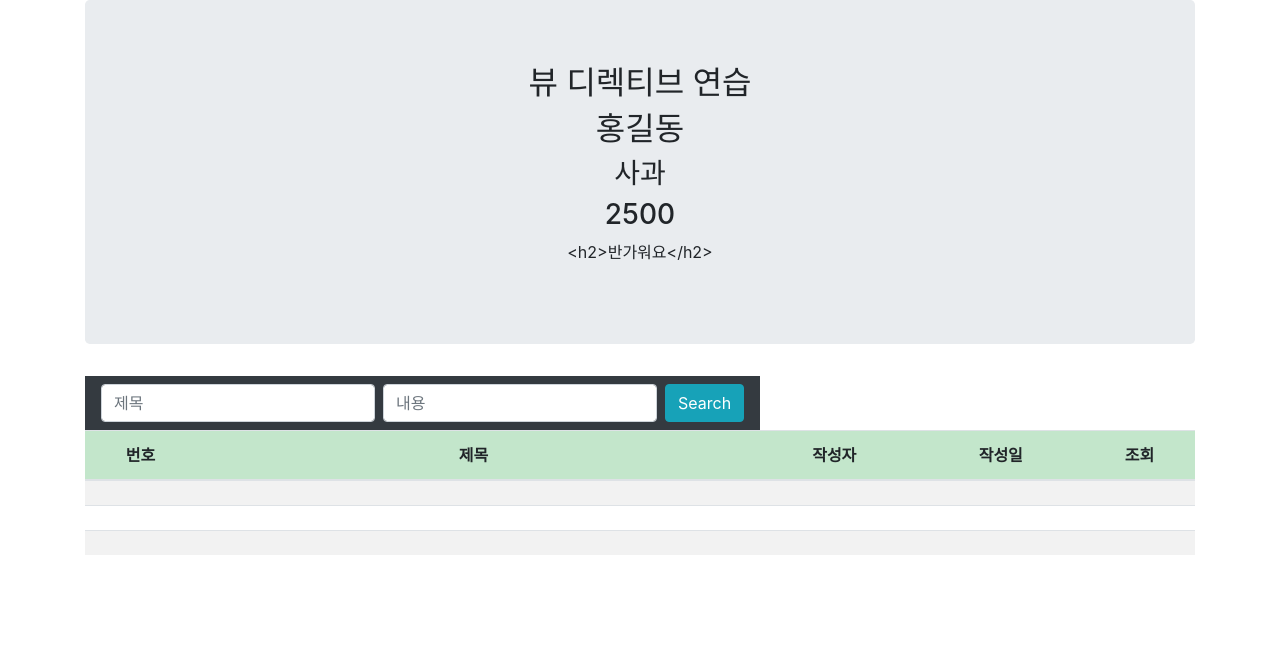
Repository: arongss/java
Page: springweb/src/main/webapp/a02_vue/a02_directive.html
An editor plug-in stored every save of this project. The page is shown before and after the next save, followed by the edit.
The browser window is 1280 px wide. The pictures show the whole page.

Above is the page before, as saved 2023-02-01 07:37:50.

### springweb/src/main/webapp/a02_vue/a02_directive.html
<!DOCTYPE html>
<html>
<head>
<meta charset="UTF-8">
<title>Insert title here</title>
<link rel="stylesheet" href="/springweb/a00_com/bootstrap.min.css" >
<style>
	td{text-align:center;}
</style>
<script src="https://cdn.jsdelivr.net/npm/vue/dist/vue.js"></script>
<script src="/springweb/a00_com/jquery.min.js"></script>
<script src="/springweb/a00_com/bootstrap.min.js"></script>
<script type="text/javascript">
/*
1. 단방향 디렉티브
	1) {{모델명}} : 모델데이터를 처리하는 기본 형식
		출력형식 태그에 바로 사용한다. ex) <h2>{{모델명}}</h2>
	2) v-text : 모델데이터를 태그의 속성으로 선언하여 출력할 데이터를
		처리하는 방식. html랜더린(해석)하지 않는다.
		ex) <h2 v-text="모델명"></h2>
		ex) 물건명, 가격을 모델데이터로 선언하고
			h3, h3에 v-text속성으로 출력되게 하세요
	3) v-html : 태그가 포함된 모델데이터를 html로 랜더링(해석)해서
		출력할 때, 속성으로 선언한다.
 */
	$(document).ready(function(){
		var vm = new Vue({
			el:".container",
			data:{msg:"뷰 디렉티브 연습", name:"홍길동",
				pname:"사과",price:2500,
				msg2:"<h2>반가워요</h2>"}
		})
	});
</script>
</head>
<body>
<!-- ex) 물건명, 가격을 모델데이터로 선언하고
		h3, h3에 v-text속성으로 출력되게 하세요 -->
<div class="container">
	<div class="jumbotron text-center">
	  <h2 >{{msg}}</h2>
	  <h2 v-text="name"></h2>
	  <h3 v-text="pname"></h3>
	  <h3 v-text="price"></h3>
	  <p v-text="msg2"></p>
	</div>
	<form id="frm01" class="form-inline"  method="post">
  	<nav class="navbar navbar-expand-sm bg-dark navbar-dark">
	    <input class="form-control mr-sm-2" placeholder="제목" />
	    <input class="form-control mr-sm-2" placeholder="내용" />
	    <button class="btn btn-info" type="submit">Search</button>
 	</nav>
	</form>
   <table class="table table-hover table-striped">
   	<col width="10%">
   	<col width="50%">
   	<col width="15%">
   	<col width="15%">
   	<col width="10%">
    <thead>

      <tr class="table-success text-center">
        <th>번호</th>
        <th>제목</th>
        <th>작성자</th>
        <th>작성일</th>
        <th>조회</th>
      </tr>
    </thead>
    <tbody>
    	<tr><td></td><td></td><td></td><td></td><td></td></tr>
    	<tr><td></td><td></td><td></td><td></td><td></td></tr>
    	<tr><td></td><td></td><td></td><td></td><td></td></tr>
    </tbody>
	</table>
</div>
</body>
</html>

Loaded but not shown: springweb/src/main/webapp/a00_com/bootstrap.min.css (library); springweb/src/main/webapp/a00_com/jquery.min.js (library); springweb/src/main/webapp/a00_com/bootstrap.min.js (library)

After the next save:
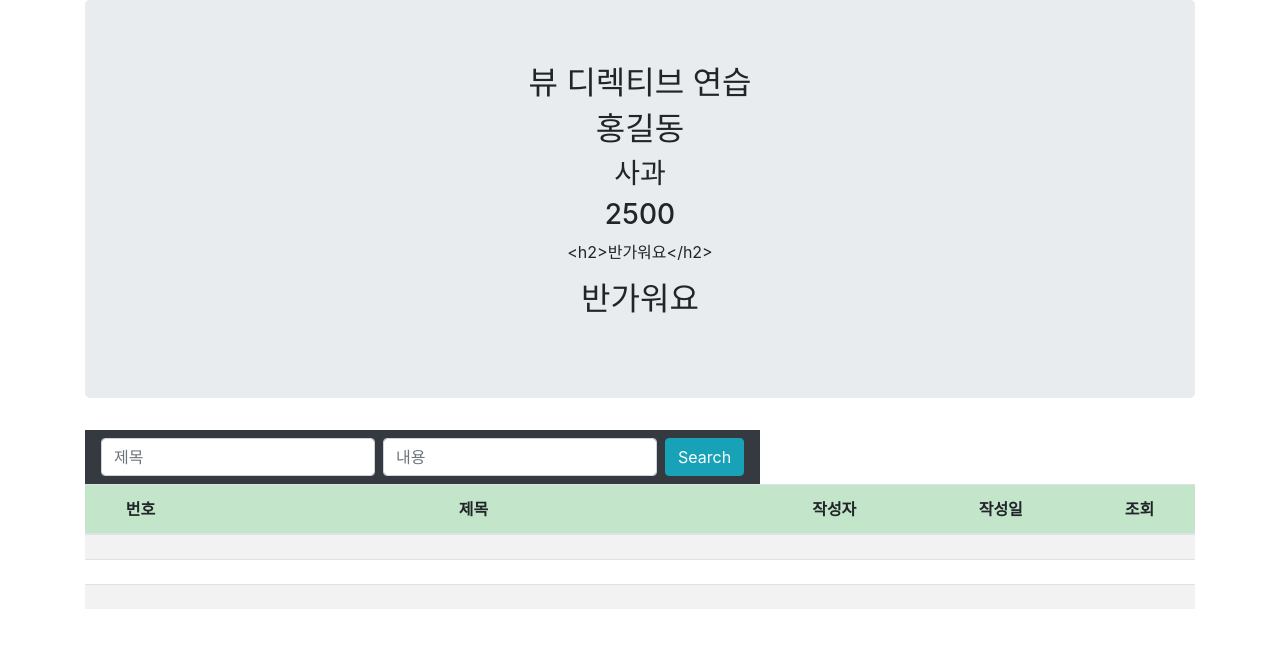
Saved 17 s later.
--- a/springweb/src/main/webapp/a02_vue/a02_directive.html
+++ b/springweb/src/main/webapp/a02_vue/a02_directive.html
@@ -43,6 +43,7 @@
 	  <h3 v-text="pname"></h3>
 	  <h3 v-text="price"></h3>
 	  <p v-text="msg2"></p>
+	  <p v-html="msg2"></p>
 	</div>
 	<form id="frm01" class="form-inline"  method="post">
   	<nav class="navbar navbar-expand-sm bg-dark navbar-dark">
